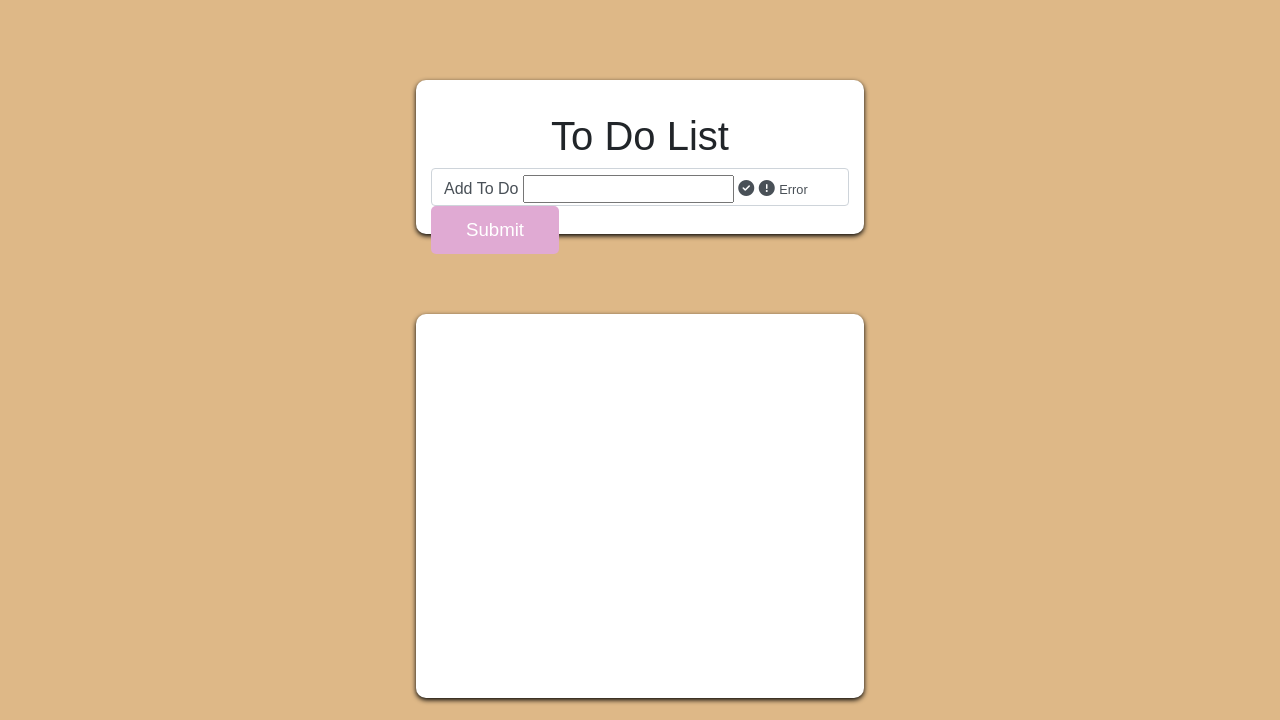
Repository: skepp4rn/todolist
Page: index.html
The author's editor kept a copy of each file at every save. The page is drawn from the files as they stood at one save, then again after the next save.
The browser window is 1280 px wide. The pictures show the whole page.
The page's requests for data from a server got no answer. Some web libraries are served in a nearby version.

Above is the page before, as saved 2021-01-28 11:38:32.

After the next save:
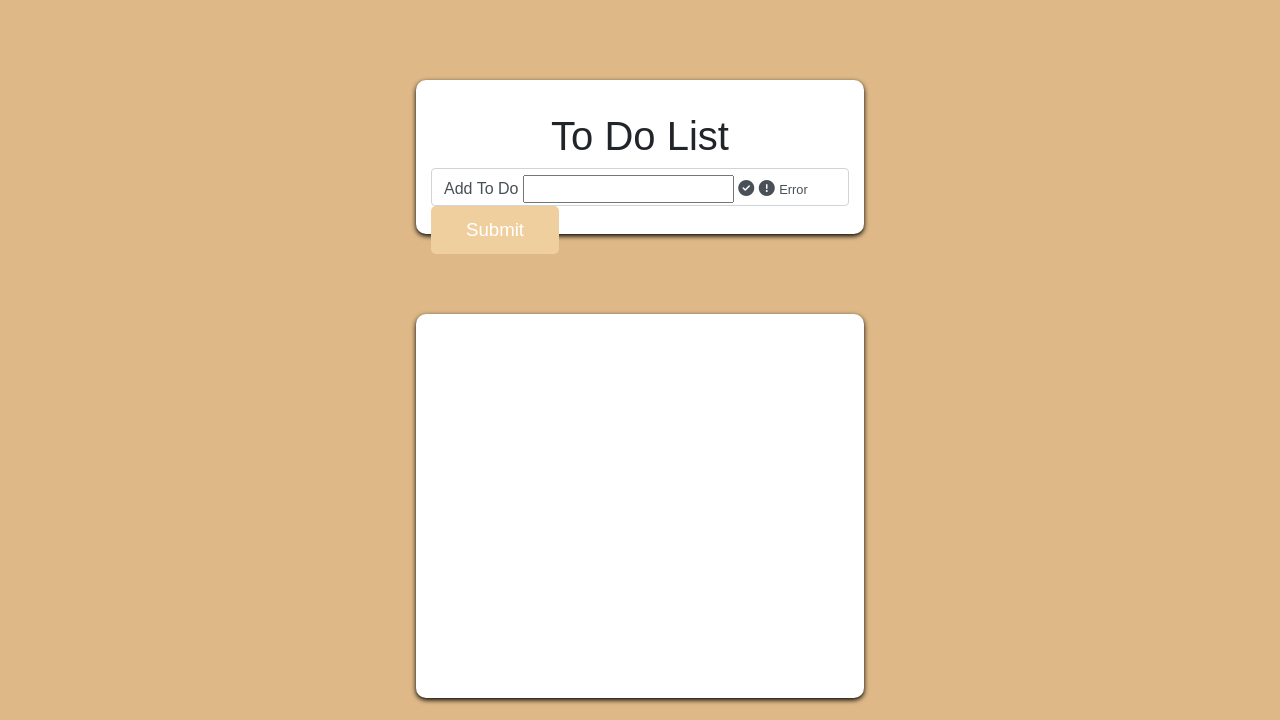
Saved 9 s later.
--- a/css/style.css
+++ b/css/style.css
@@ -45,7 +45,7 @@ body {
     border: none;
     border-radius: 5px;
     padding: 0.5rem;
-    background-color: #e0aad3;
+    background-color: #f0cf9f;
     color: #ffffff;
     font-size: 14pt;
     width: 8rem;
